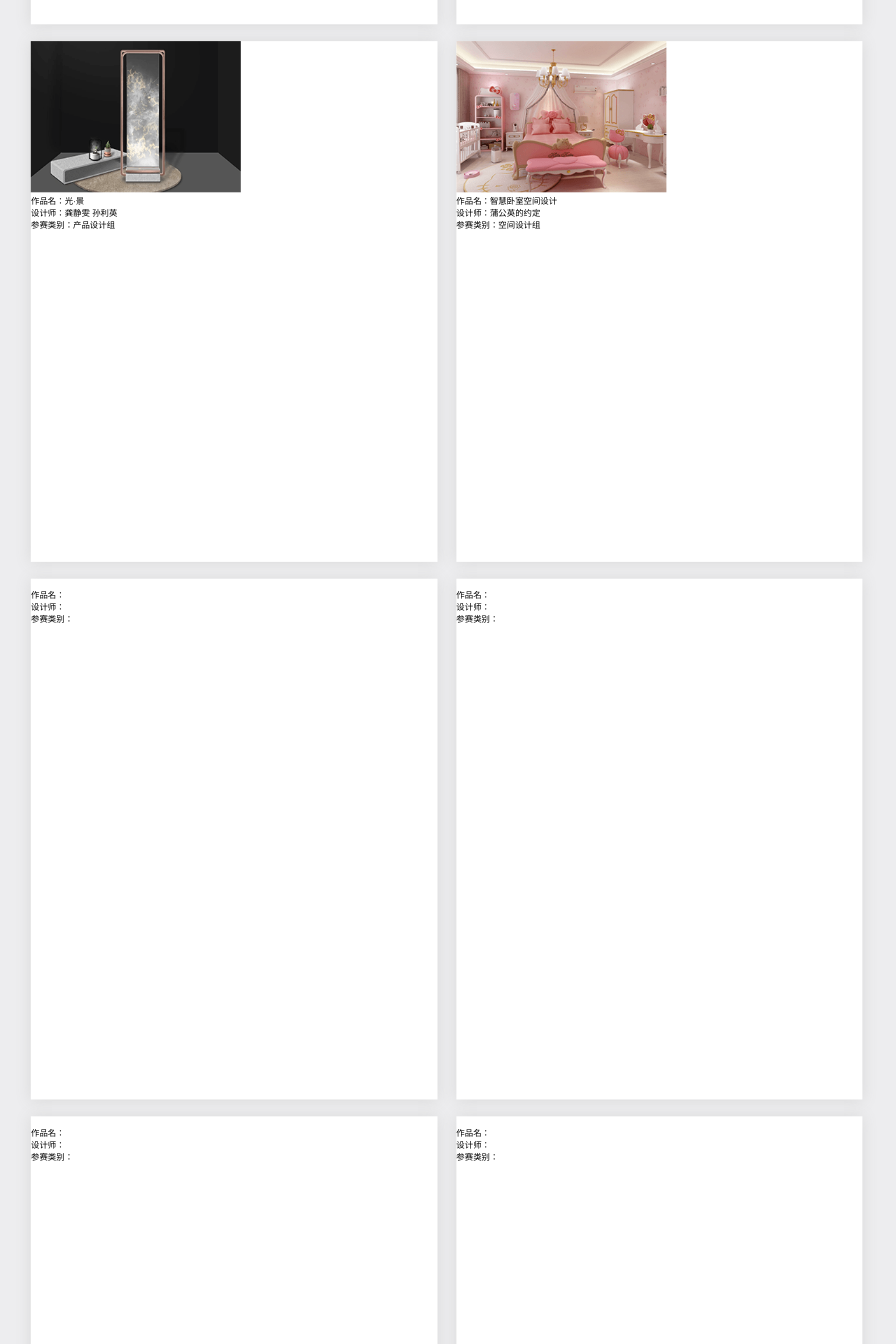
Repository: wangbiaozy/11.16
Page: pingxuan.html
These files come from the project's save history. The page is drawn as it stood at one moment and after the next save; the edit follows.
The browser window is 1280 px wide. The pictures show the part of the page from y = 2064 to 3984 px (the page is 4427 px tall), at 70% of full size.

Above is the page before, as saved 2018-11-16 17:41:10.

After the next save:
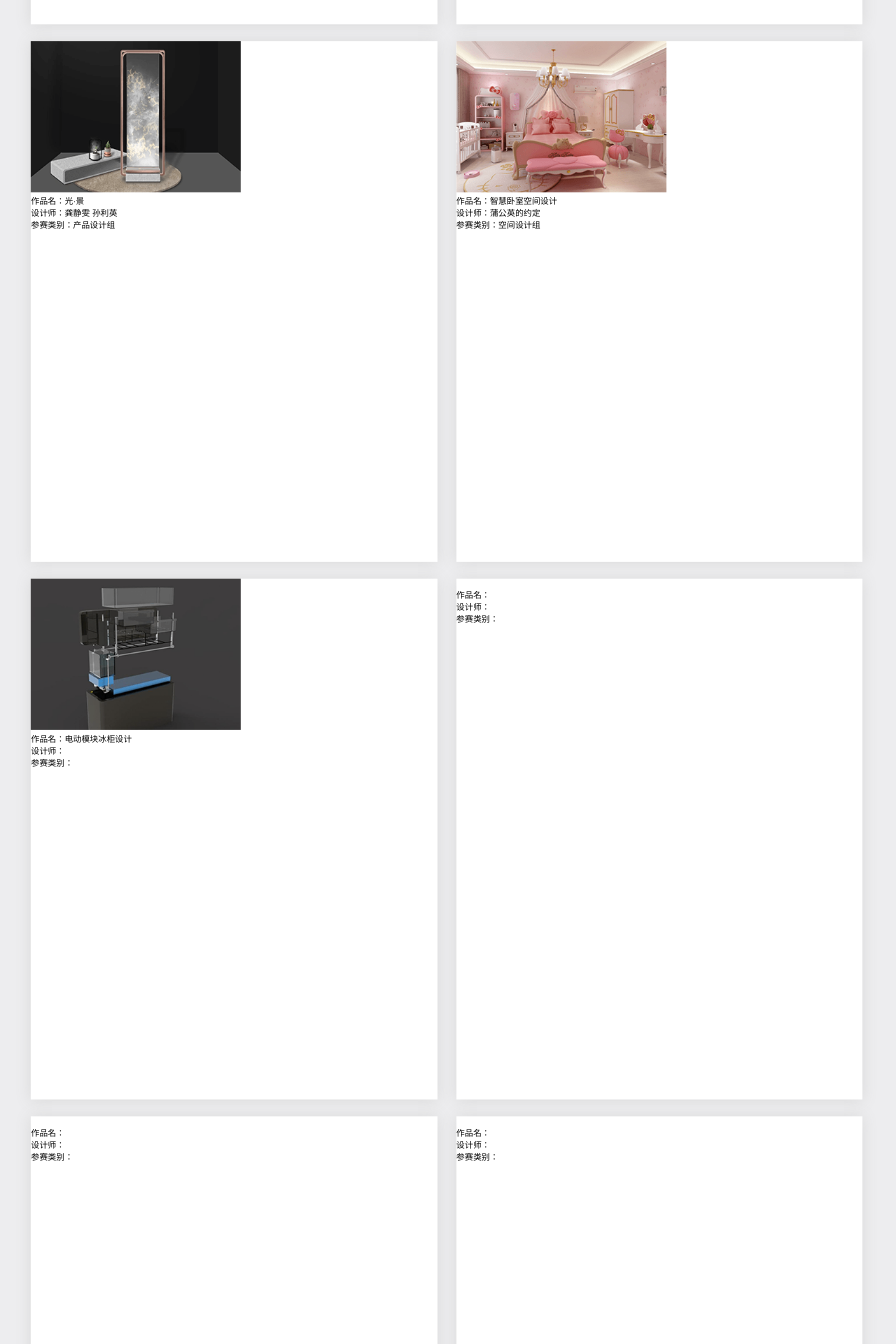
Saved 32 s later.
--- a/pingxuan.html
+++ b/pingxuan.html
@@ -64,8 +64,8 @@
                     <a href=""></a>
                 </li>
                 <li>
-                    <img src="" alt="">
-                    <p>作品名：<span></span></p>
+                    <img src="./images/zp_7.png" alt="">
+                    <p>作品名：<span>电动模块冰柜设计</span></p>
                     <p>设计师：<span></span></p>
                     <p>参赛类别：<span></span></p>
                     <a class="zan" href="javascript:void(0)"></a>
